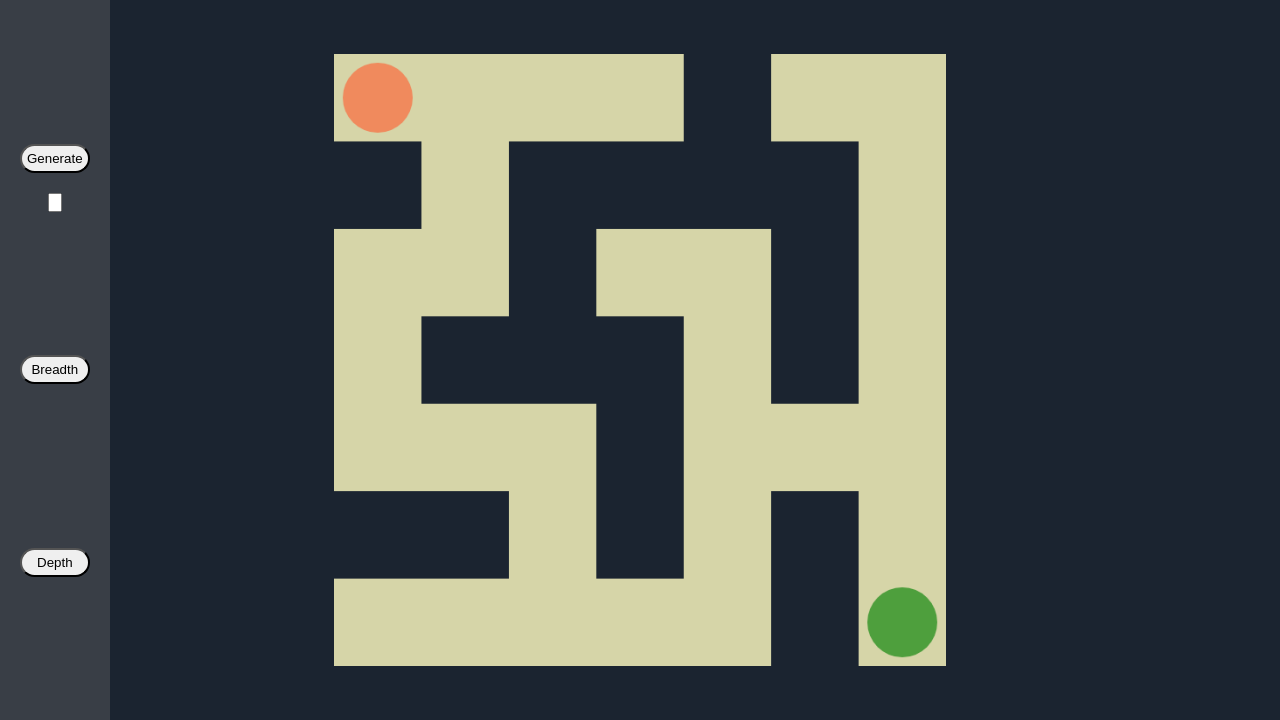
Repository: 2Friendly4You/advanced-maze-solver
Page: index.html
An editor plug-in stored every save of this project. The page is shown before and after the next save, followed by the edit.
The browser window is 1280 px wide. The pictures show the whole page.

Above is the page before, as saved 2022-09-20 14:23:04.

After the next save:
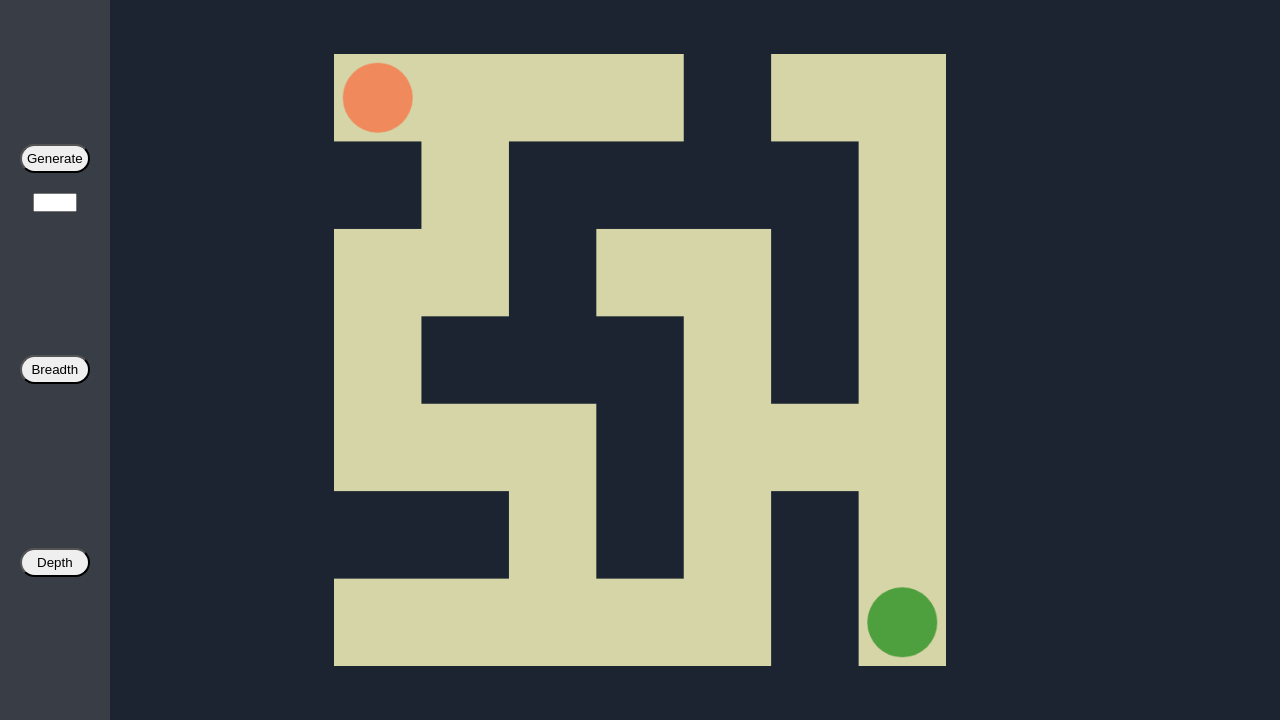
Saved 7 s later.
--- a/styles.css
+++ b/styles.css
@@ -40,7 +40,7 @@ canvas {
 }
 
 #generateInput {
-    width: 10px;
+    width: 40px;
 }
 
 button {
